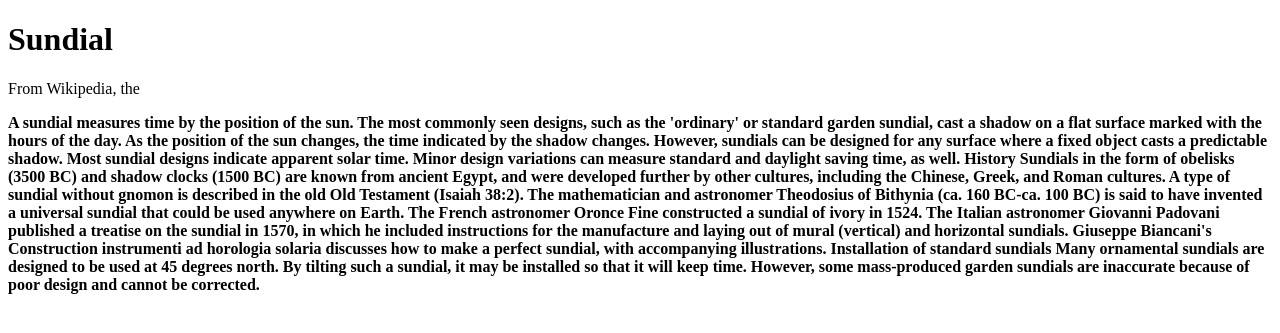
Repository: 9-5-pursuit/lab-intro-to-html
Page: sundial.html
These files come from the project's save history. The page is drawn as it stood at one moment and after the next save; the edit follows.
The browser window is 1280 px wide. The pictures show the whole page.

Above is the page before, as saved 2023-02-27 16:15:47.

### sundial.html
<!DOCTYPE html>
<html lang="en">
  <head>
    <meta charset="UTF-8" />
    <meta http-equiv="X-UA-Compatible" content="IE=edge" />
    <meta name="viewport" content="width=device-width, initial-scale=1.0" />
    <title>Sundial</title>
  </head>
  <body>
    <header>
      <h1>Sundial</h1>
      <span>
        From Wikipedia, the <strong  free encyclopedia.
      </span>
    </header>
    <p>

    </p>
    A sundial measures time by the position of the sun. The most commonly seen designs, such as the
    'ordinary' or standard garden sundial, cast a shadow on a flat surface
    marked with the hours of the day. As the position of the sun changes, the
    time indicated by the shadow changes. However, sundials can be designed for
    any surface where a fixed object casts a predictable shadow. Most sundial
    designs indicate apparent solar time. Minor design variations can measure
    standard and daylight saving time, as well. History Sundials in the form of
    obelisks (3500 BC) and shadow clocks (1500 BC) are known from ancient Egypt,
    and were developed further by other cultures, including the Chinese, Greek,
    and Roman cultures. A type of sundial without gnomon is described in the old
    Old Testament (Isaiah 38:2). The mathematician and astronomer Theodosius of
    Bithynia (ca. 160 BC-ca. 100 BC) is said to have invented a universal
    sundial that could be used anywhere on Earth. The French astronomer Oronce
    Fine constructed a sundial of ivory in 1524. The Italian astronomer Giovanni
    Padovani published a treatise on the sundial in 1570, in which he included
    instructions for the manufacture and laying out of mural (vertical) and
    horizontal sundials. Giuseppe Biancani's Construction instrumenti ad
    horologia solaria discusses how to make a perfect sundial, with accompanying
    illustrations. Installation of standard sundials Many ornamental sundials
    are designed to be used at 45 degrees north. By tilting such a sundial, it
    may be installed so that it will keep time. However, some mass-produced
    garden sundials are inaccurate because of poor design and cannot be
    corrected.
  </body>
</html>

After the next save:
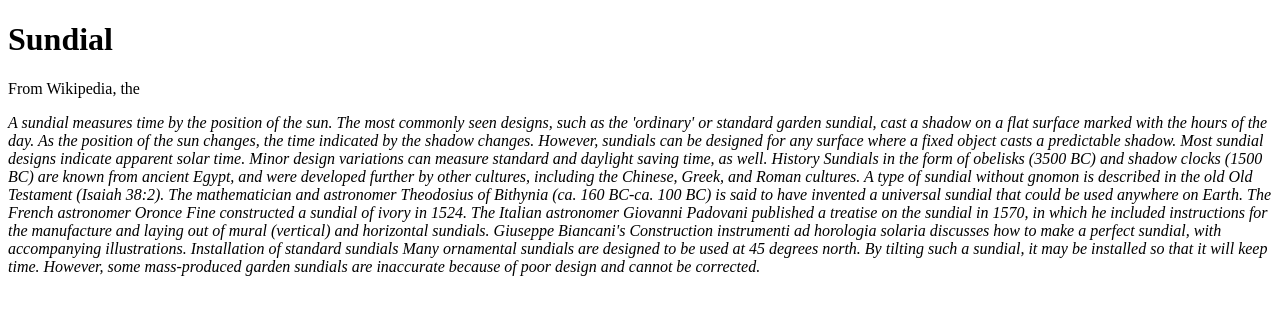
Saved 4 s later.
--- a/sundial.html
+++ b/sundial.html
@@ -10,7 +10,7 @@
     <header>
       <h1>Sundial</h1>
       <span>
-        From Wikipedia, the <strong  free encyclopedia.
+        From Wikipedia, the <em  free encyclopedia.
       </span>
     </header>
     <p>
